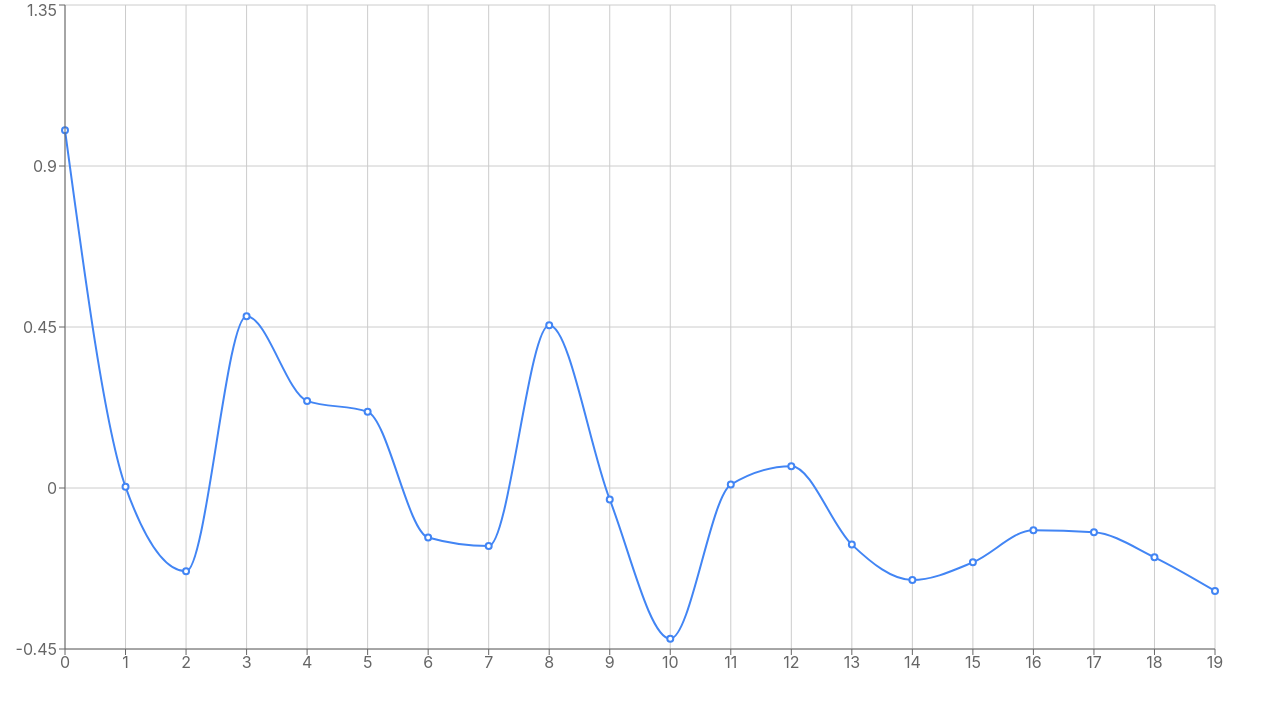
Repository: ivanburlakov/rts-labs
Page: / (app in lab1.2/)
The author's editor kept a copy of each file at every save. The page is drawn from the files as they stood at one save, then again after the next save.
The browser window is 1280 px wide. The pictures show the whole page.
The project was rebuilt for these pictures with package versions that can differ from the ones it lists, and the page was loaded fresh each time.

Above is the page before, as saved 2021-04-23 14:35:08.

### lab1.2/src/App.js
import { useState, useEffect } from "react";
import {
  LineChart,
  Line,
  CartesianGrid,
  XAxis,
  YAxis,
  ResponsiveContainer,
  Tooltip,
} from "recharts";
import "./App.css";

function pcorr(x, y) {
  let sumX = 0,
    sumY = 0,
    sumXY = 0,
    sumX2 = 0,
    sumY2 = 0;
  const minLength = Math.min(x.length, y.length);
  for (let i = 0; i < minLength; i++) {
    const xi = x[i];
    const yi = y[i];
    sumX += xi;
    sumY += yi;
    sumXY += xi * yi;
    sumX2 += Math.pow(xi, 2);
    sumY2 += Math.pow(yi, 2);
  }
  return (
    (minLength * sumXY - sumX * sumY) /
    Math.sqrt(
      (minLength * sumX2 - Math.pow(sumX, 2)) *
        (minLength * sumY2 - Math.pow(sumY, 2))
    )
  );
}

function generateChart(harmonics, frequencyBorder, ticks) {
  const results = [];
  const x = [];
  const data = [];
  const a = [
    0.4339828585740546,
    0.7913122899825349,
    0.9046675274492586,
    0.03561605703191084,
    0.6945208754805292,
    0.31068813398293105,
    0.8019743203386724,
    0.28475103254141687,
    0.12064273435943562,
    0.9330672886468734,
  ];
  const phi = [
    0.22630164484429782,
    0.209250913297216,
    0.4181397442964869,
    0.7283513419958436,
    0.9143343248574061,
    0.29136587444048345,
    0.6230305731180181,
    0.7151092751757229,
    0.053674000231757946,
    0.14700253263682495,
  ];
  for (let i = 0; i < harmonics; i++) {
    const w = (frequencyBorder / harmonics) * (i + 1);
    const harmonic = [];
    for (let t = 0; t < ticks; t++) {
      harmonic.push(a[i] * Math.sin(w * t + phi[i]));
    }
    results.push(harmonic);
  }
  for (let t = 0; t < ticks; t++) {
    let sum = 0;
    for (const array of results) {
      sum += array[t];
    }
    x.push(sum);
  }
  for (let i = 0; i < 20; i++) {
    const array = [];
    for (let t = i; t < x.length; t++) {
      array.push(x[t]);
    }
    data.push({
      name: `x+${i}`,
      corr: pcorr(x, array),
      iter: i,
    });
  }
  return data;
}

function App() {
  const [data, setData] = useState(null);
  useEffect(() => {
    setData(generateChart(10, 900, 256));
  }, []);
  return (
    <div className="App">
      {data && (
        <div className="chart">
          <ResponsiveContainer width="100%" height="95%">
            <LineChart
              data={data}
              margin={{ right: 65, top: 5, bottom: 5, left: 5 }}
            >
              <CartesianGrid stroke="#ccc" />
              <Line
                type="monotone"
                dataKey="corr"
                stroke="#4285F4"
                strokeWidth={2}
              />
              <XAxis dataKey="iter" />
              <YAxis dataKey="corr" />
              <Tooltip />
            </LineChart>
          </ResponsiveContainer>
        </div>
      )}
    </div>
  );
}

export default App;

### lab1.2/src/App.css
.App {
  position: absolute;
  top: 0;
  bottom: 0;
  left: 0;
  right: 0;
  display: flex;
  flex-direction: column;
  justify-content: center;
  align-items: center;
  overflow: hidden;
}

.results {
  flex: 1;
  position: relative;
  height: 80px;
  width: 100%;
  display: flex;
  flex-direction: row;
}

.center {
  flex: 1;
  position: relative;
  display: flex;
  justify-content: center;
  align-items: center;
}

.mx {
  display: block;
}

.dx {
  display: block;
}

.chart {
  position: relative;
  height: 100%s;
  width: 100%;
  flex: 5;
}

Loaded but not shown: lab1.2/public/index.html (common file); lab1.2/src/index.js (common file); lab1.2/src/index.css (common file); lab1.2/src/reportWebVitals.js (common file)

After the next save:
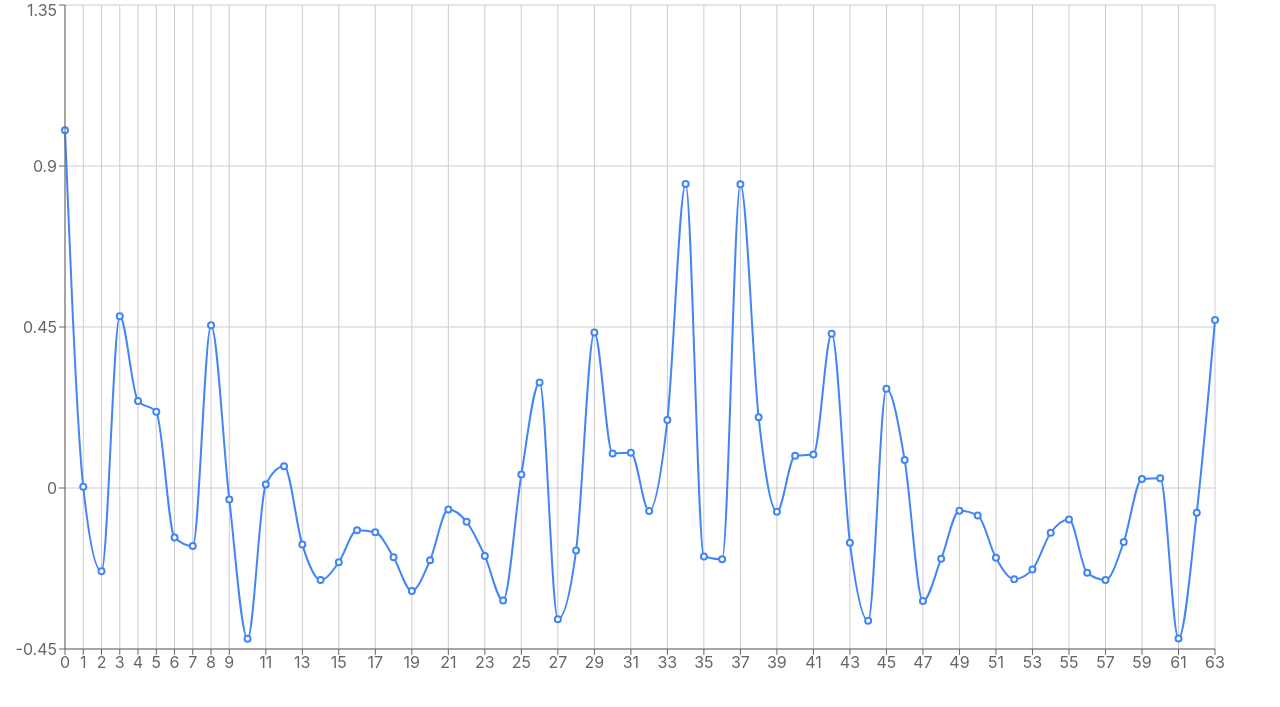
Saved 8 s later.
--- a/lab1.2/src/App.js
+++ b/lab1.2/src/App.js
@@ -78,7 +78,7 @@ function generateChart(harmonics, frequencyBorder, ticks) {
     }
     x.push(sum);
   }
-  for (let i = 0; i < 20; i++) {
+  for (let i = 0; i < 64; i++) {
     const array = [];
     for (let t = i; t < x.length; t++) {
       array.push(x[t]);
